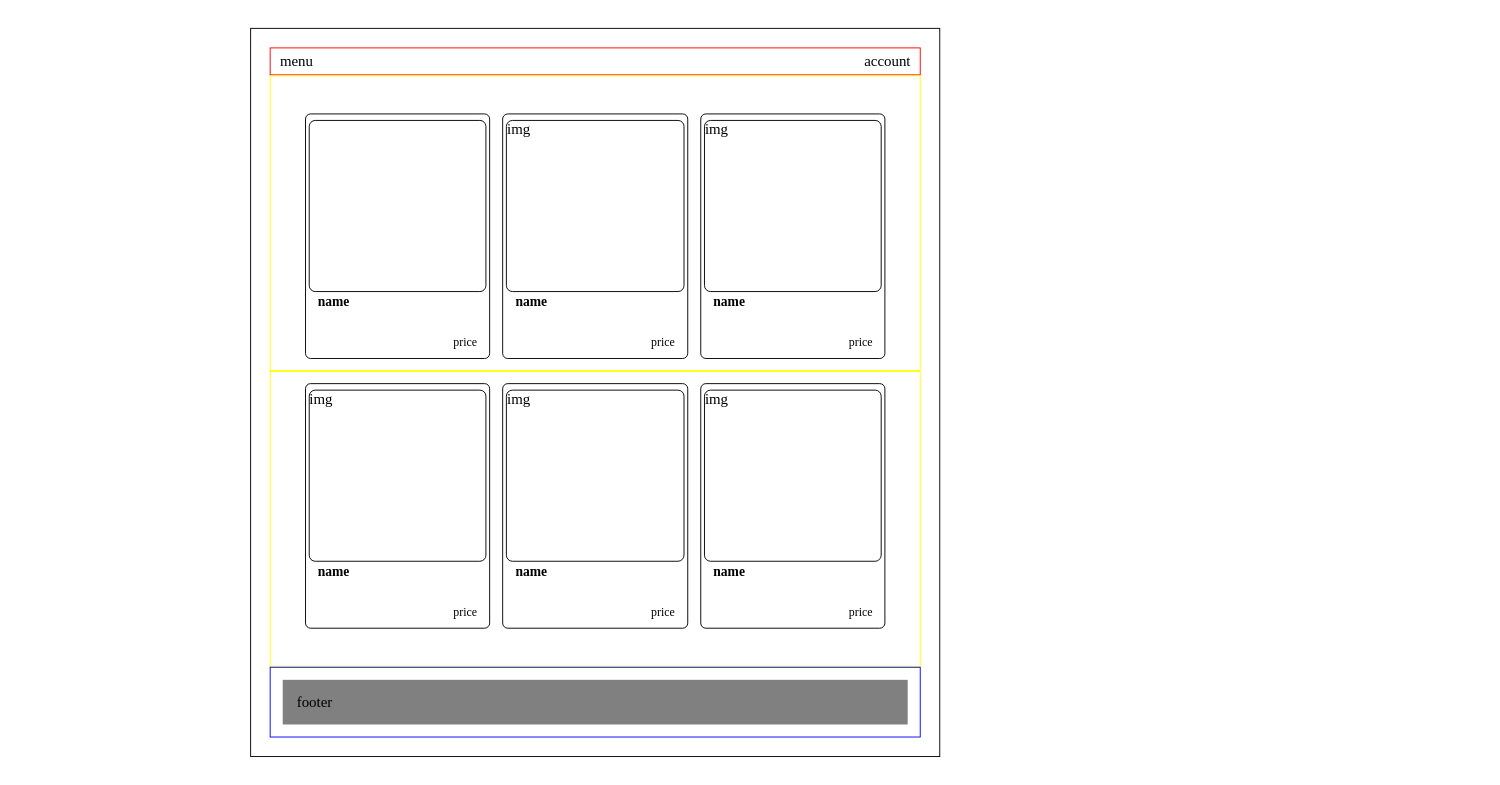
Repository: dongwoon1/cal
Page: http://localhost/calDWC/
The author's editor kept a copy of each file at every save. The page is drawn from the files as they stood at one save, then again after the next save.
The browser window is 1280 px wide. The page is 1280 px wide, then 1613 px, then 1280 px, so the pictures cover 1613 px, including what lies to the right of the window. The pictures show the whole page, at 93% of full size.
The page is served by Tomcat 9.

Above is the page before, as saved 2025-03-19 23:03:01.

### calProject/calDWC/src/main/webapp/index.jsp
<%@ page language="java" contentType="text/html; charset=UTF-8"
    pageEncoding="UTF-8"%>
<!DOCTYPE html>
<html>

	<head>
		<meta charset="UTF-8">
		<title>バイバイハンバイ</title>
		<link href="${pageContext.request.contextPath}/css/main.css" rel="stylesheet">
	</head>

	<body>
	<main>

		<header>
		   	<span>menu</span>
		   	<span>account</span>
			<!--
			 <na>
				<li>outer</li>
				<li>shirts</li>
				<li>pants</li>
				<li>shoes</li>
				<li>accessories</li>
				<li>account</li>
			 </ul>
		    -->
	  	</header>

		<section>
			<div class="pro">

				<div class="product">

					<div>
					 	<img src="" alt="">
					</div>
					<div>
					 	<h5>name</h5>
					</div>
					<div>
					 	<span>price</span>
					</div>

				</div>

	    		<div class="product">

					<div>
					 	img
					</div>
					<div>
					 	<h5>name</h5>
					</div>
					<div>
					 	<span>price</span>
					</div>

				</div>

				<div class="product">

					<div>
					 	img
					</div>
					<div>
					 	<h5>name</h5>
					</div>
					<div>
					 	<span>price</span>
					</div>

				</div>

			</div>


	   		<div class="pro">

				<div class="product">

					<div>
					 	img
					</div>
					<div>
					 	<h5>name</h5>
					</div>
					<div>
					 	<span>price</span>
					</div>

				</div>

	    		<div class="product">

					<div>
					 	img
					</div>
					<div>
					 	<h5>name</h5>
					</div>
					<div>
					 	<span>price</span>
					</div>

				</div>

				<div class="product">

					<div>
					 	img
					</div>
					<div>
					 	<h5>name</h5>
					</div>
					<div>
					 	<span>price</span>
					</div>

				</div>

			</div>

	  	</section>

		<footer>
		 	<div>footer</div>
		</footer>

	</main>
	</body>

</html>

### calProject/calDWC/src/main/webapp/css/main.css
@charset "UTF-8";

*{
	  padding: 0; margin: 0;
}
main{
    margin: 30px auto;
    padding: 20px;
    width: 700px;
     	border: 1px solid black;
}
header{
	display: flex;
	justify-content: space-between;
	 	border: 1px solid red;
}
header span{
 	padding: 5px 10px;
}
footer{
 	padding: 13px;
  		border: 1px solid blue;
}
footer div{
 	background: gray;
    padding: 15px;
}
.pro{
 	padding: 12px 30px;
 	display: flex;
 	justify-content: space-around;
  		border: 1px solid yellow;
}
.pro:first-child{
 	padding-top: 40px;
}
.pro:last-child{
 	padding-bottom: 40px;
}
.pro div{
 	width: 30%;
  		height:250px;
}

.product{
 	padding: 6px 3px;
 	border: 1px solid black;
 	border-radius: 6px;
}
.product div{
 	width: 100%;
}
.product div:first-child{
 	width: 99%;
 	height: 73%;
 	border: 1px solid black;
 	border-radius: 7px;
}
.product div:nth-child(2){
 	height: 18%;
 	font-size: 110%;
}
.product div:last-child{
 	height: 9%;
 	font-size: 80%;
}

.product h5, .product span{
 	padding: 2px 10px;
}
.product span{
 	text-align: right;
 	display: block;
}

After the next save:
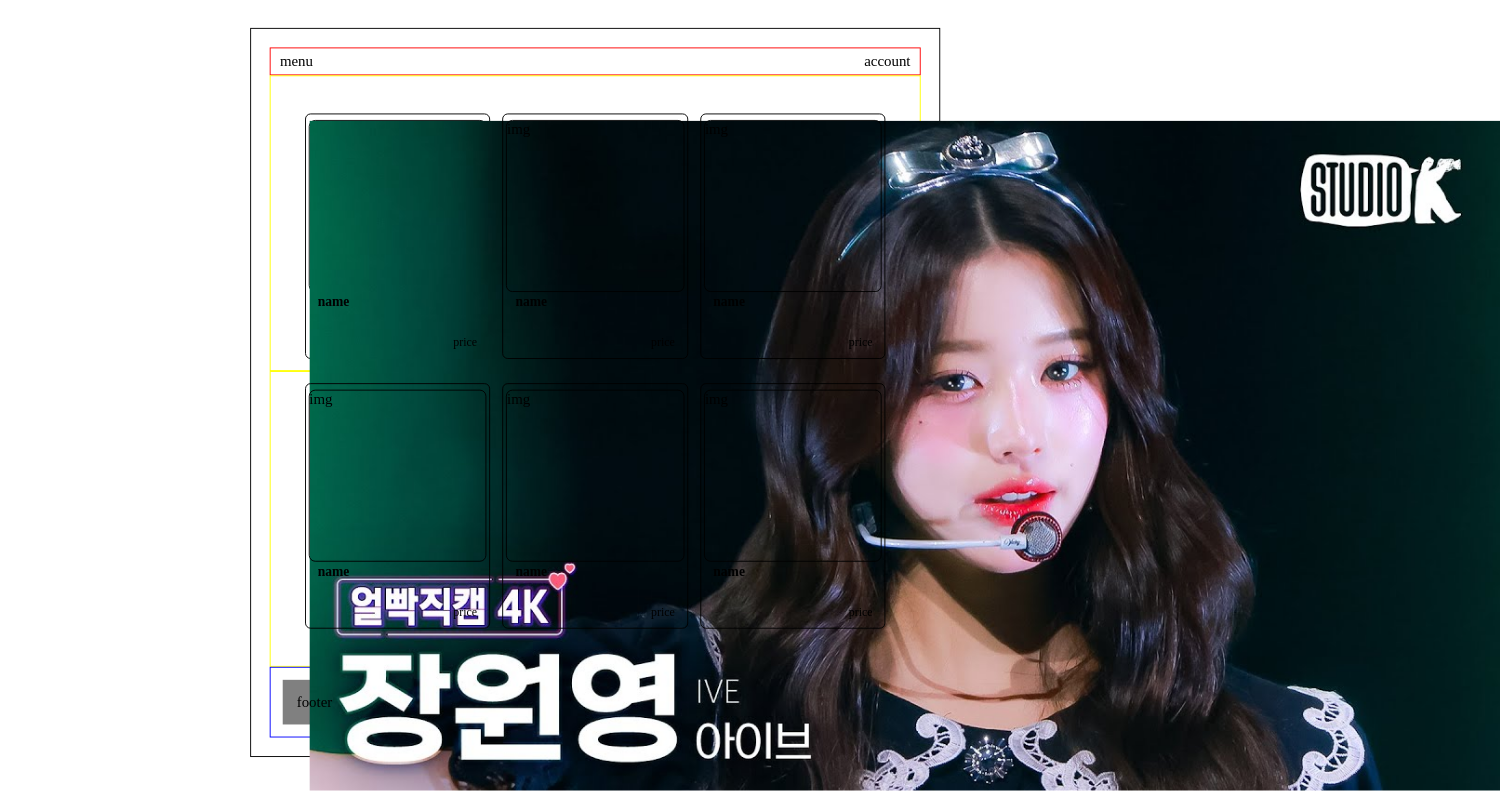
Saved 7 min 58 s later.
--- a/calProject/calDWC/src/main/webapp/index.jsp
+++ b/calProject/calDWC/src/main/webapp/index.jsp
@@ -33,7 +33,7 @@
 				<div class="product">
 
 					<div>
-					 	<img src="" alt="">
+					 	<img src="${pageContext.request.contextPath}/img/wonyoung_main.jpg" alt="">
 					</div>
 					<div>
 					 	<h5>name</h5>

After the save that followed:
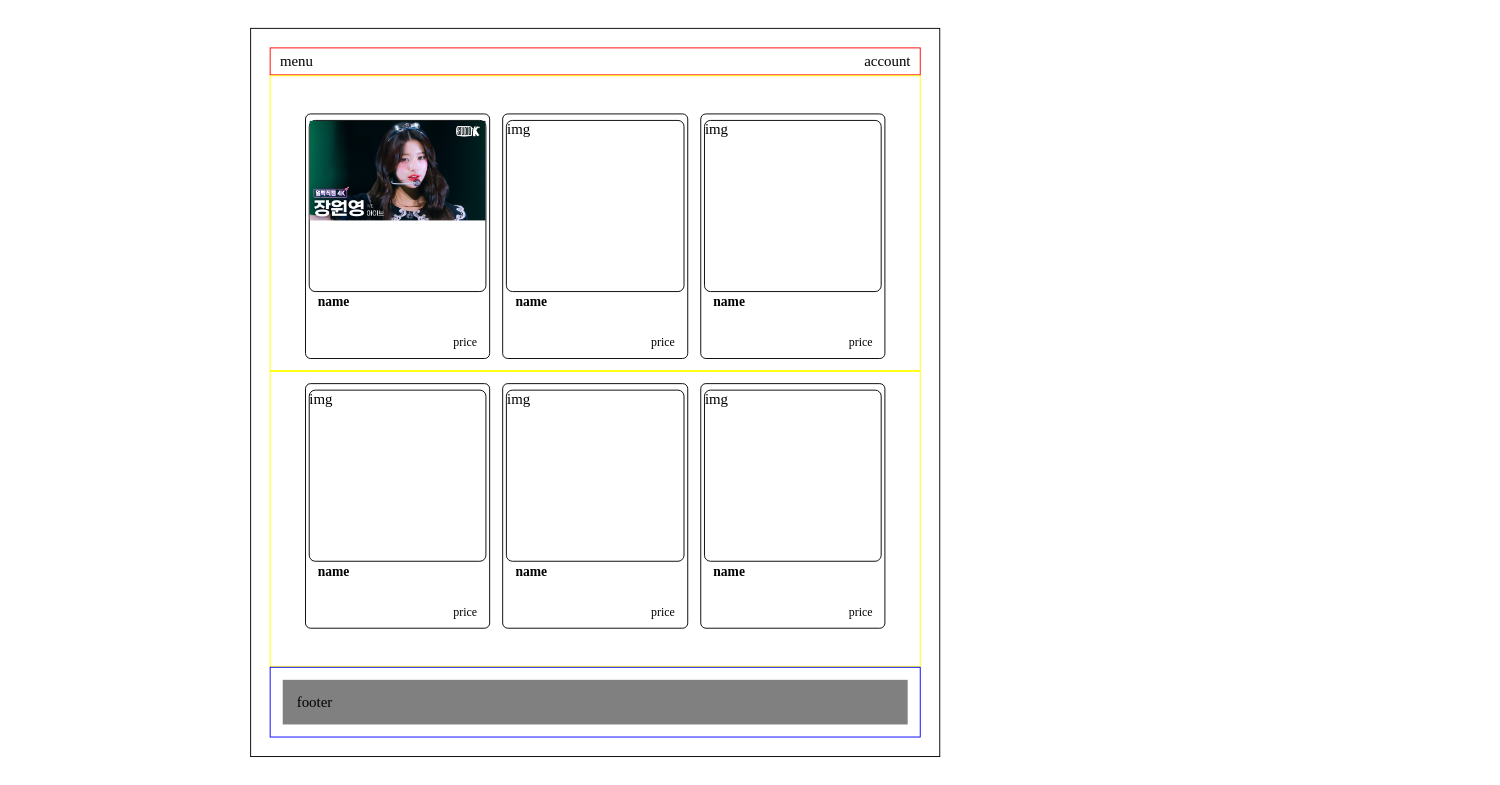
Saved 34 s later.
--- a/calProject/calDWC/src/main/webapp/css/main.css
+++ b/calProject/calDWC/src/main/webapp/css/main.css
@@ -47,6 +47,9 @@
  	border: 1px solid black;
  	border-radius: 6px;
 }
+.product img{
+	width: 100%;
+}
 .product div{
  	width: 100%;
 }
